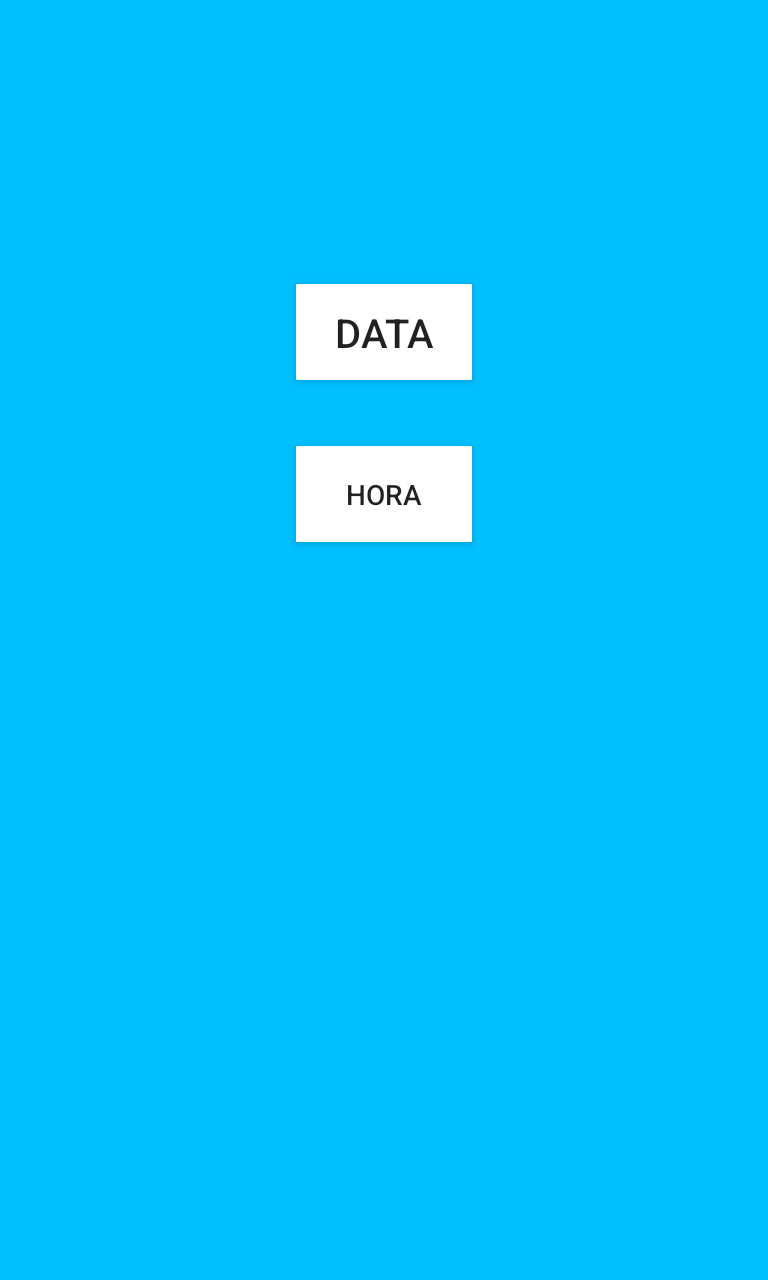
Repository: mayrtondias/alimentador
Layout: Alimentador/res/layout/activity_main.xml
An editor plug-in stored every save of this project. The layout is shown before and after the next save, followed by the edit.
It is drawn on a 768 x 1280 px phone screen (xhdpi) without system bars, with theme AppTheme; the app's code is not run.

Above is the layout before, as saved 2014-07-11 11:46:57.

After the next save:
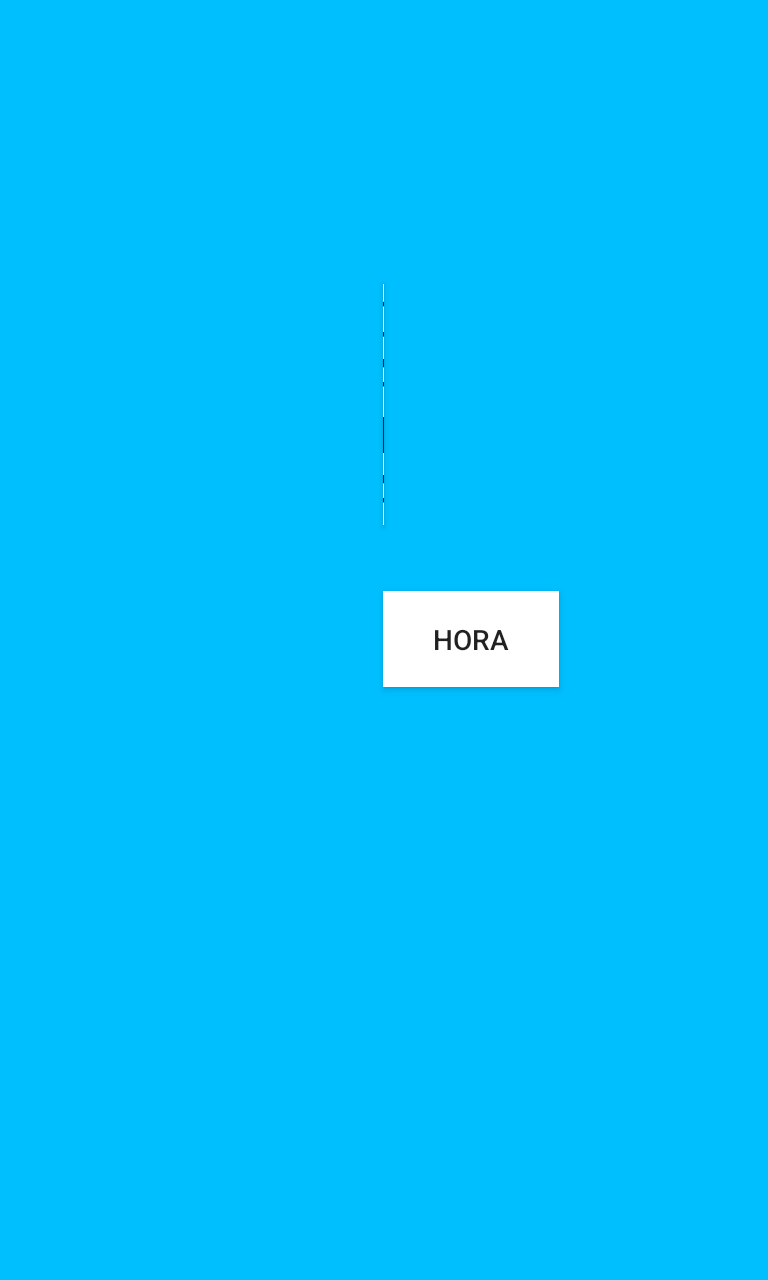
Saved 55 s later.
--- a/Alimentador/res/layout/activity_main.xml
+++ b/Alimentador/res/layout/activity_main.xml
@@ -24,13 +24,13 @@
 
         <Button
             android:id="@+id/buttonDate"
-            android:layout_width="wrap_content"
+            android:layout_width="20%"
             android:layout_height="wrap_content"
             android:layout_alignParentTop="true"
             android:layout_centerHorizontal="true"
             android:layout_marginTop="142dp"
             android:background="#FFFFFF"
-            android:textSize="20sp"
+            android:textSize="25sp"
             android:text="@string/data" />
 
     </RelativeLayout>
